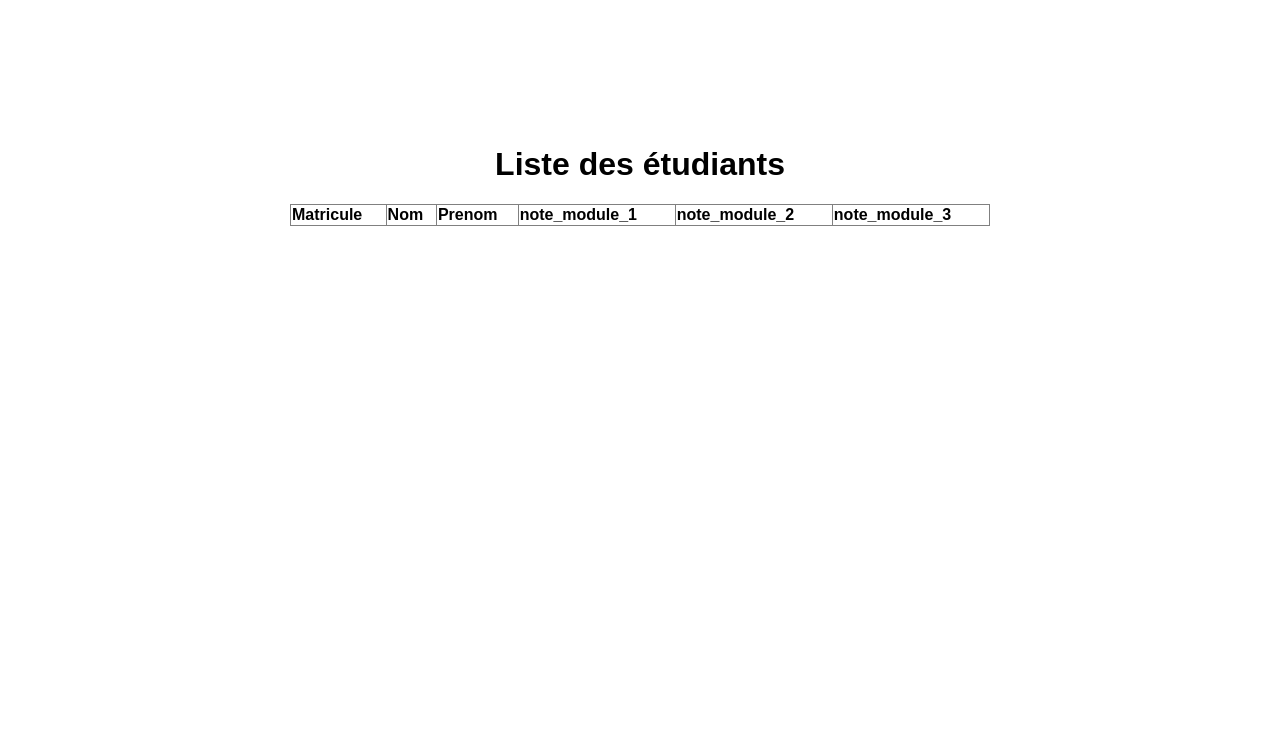
Repository: tt5300447/parakeet
Page: http://localhost/
These files come from the project's save history. The page is drawn as it stood at one moment and after the next save; the edit follows.
The browser window is 1280 px wide. The pictures show the whole page.
The page is run by PHP 8.4 with error messages shown; the project is at /var/www/html/. Queries for data that is not in the repository find no rows.

Above is the page before, as saved 2022-06-19 16:03:32.

After the next save:
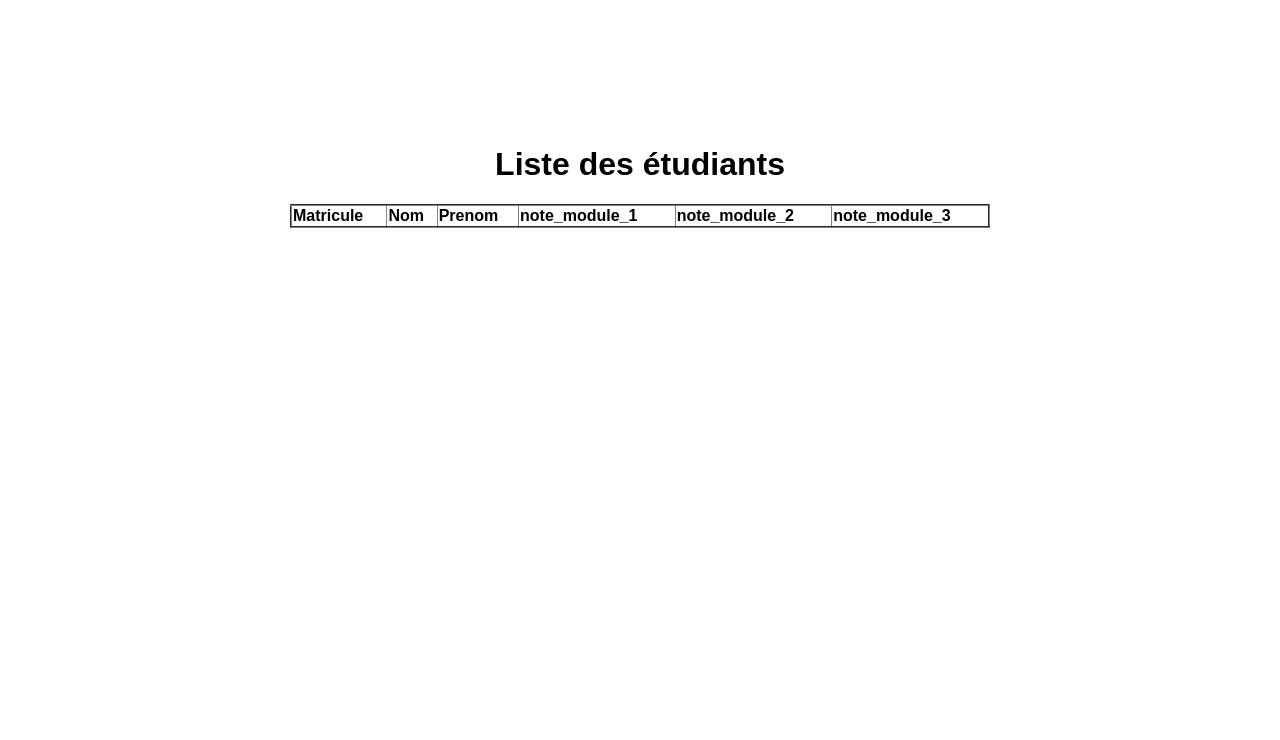
Saved 7 s later.
--- a/Copier/htdocs/Liste/index.php
+++ b/Copier/htdocs/Liste/index.php
@@ -26,7 +26,7 @@ echo "Failed to connect to MySQL: " . mysqli_connect_error();
 
 $result = $conn->query("SELECT * FROM Etudiant");
 
-echo "<table border='1'>
+echo "<table border='2'>
 <thead>
     <tr>
         <th>Matricule</th>
